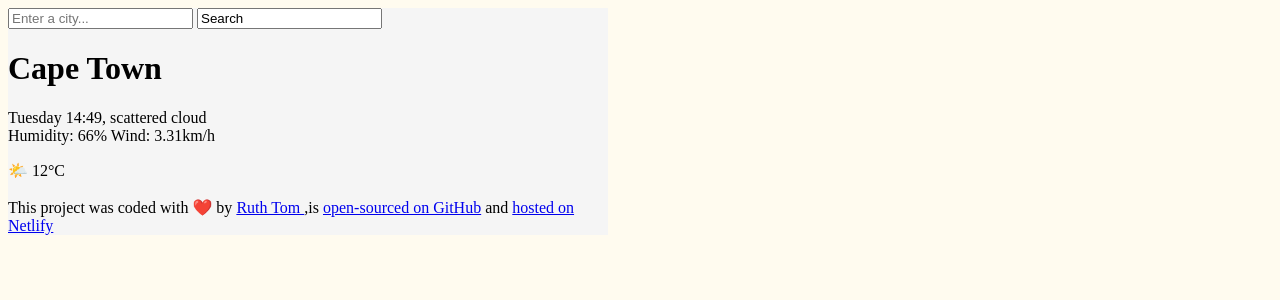
Repository: RuthTom711/Weatherly-App
Page: index.html
These files come from the project's save history. The page is drawn as it stood at one moment and after the next save; the edit follows.
The browser window is 1280 px wide. The pictures show the whole page.

Above is the page before, as saved 2025-11-10 21:01:45.

After the next save:
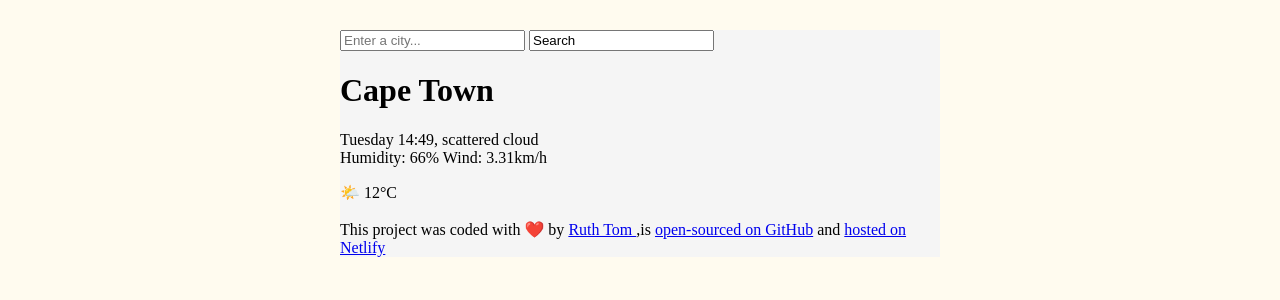
Saved 4 s later.
--- a/src/styles.css
+++ b/src/styles.css
@@ -5,6 +5,6 @@ body {
 .weather-app{
     background: whitesmoke;
     max-width: 600px;
-    margin: 30 auto;
+    margin: 30px auto;
 
 }
